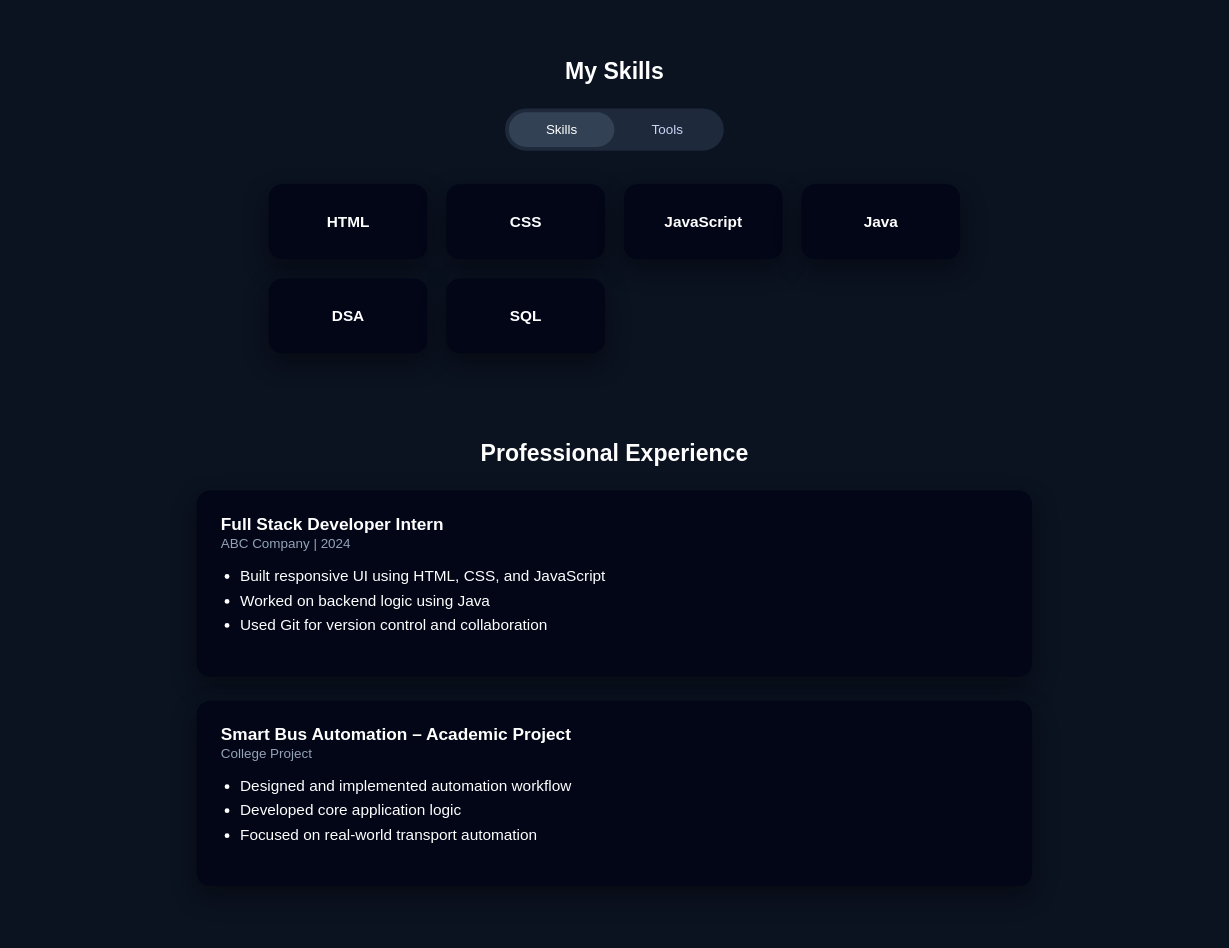
Repository: KrusanthS/PORTFOLIO-
Page: rough2.html
An editor plug-in stored every save of this project. The page is shown before and after the next save, followed by the edit.
The browser window is 1280 px wide. The pictures show the whole page, at 96% of full size.

Above is the page before, as saved 2026-02-04 23:49:43.

### rough2.html
<!DOCTYPE html>
<html lang="en">
<head>
  <meta charset="UTF-8">
  <title>Skills & Experience</title>

  <style>
    body {
      font-family: Arial, sans-serif;
      background: #0b1220;
      color: #ffffff;
      margin: 0;
      padding: 40px;
    }

    h2 {
      text-align: center;
      margin-bottom: 25px;
    }

    /* Toggle */
    .toggle {
      display: flex;
      justify-content: center;
      background: #1e293b;
      border-radius: 30px;
      width: 220px;
      margin: 0 auto 35px;
      padding: 4px;
    }

    .toggle button {
      flex: 1;
      padding: 10px;
      border: none;
      background: transparent;
      color: #cbd5f5;
      cursor: pointer;
      border-radius: 30px;
      font-size: 14px;
    }

    .toggle .active {
      background: #334155;
      color: #fff;
    }

    /* Grid */
    .grid {
      display: grid;
      grid-template-columns: repeat(auto-fit, minmax(130px, 1fr));
      gap: 20px;
      max-width: 720px;
      margin: auto;
    }

    .card {
      background: #020617;
      padding: 30px 20px;
      text-align: center;
      border-radius: 14px;
      font-weight: bold;
      box-shadow: 0 10px 25px rgba(0,0,0,0.4);
      transition: all 0.3s ease;
    }

    .card:hover {
      transform: translateY(-6px);
      background: #020617;
      box-shadow: 0 15px 35px rgba(99,102,241,0.4);
    }

    .hidden {
      display: none;
    }

    /* Experience Section */
    .experience-section {
      margin-top: 90px;
    }

    .experience-card {
      background: #020617;
      padding: 25px;
      border-radius: 14px;
      margin-bottom: 25px;
      max-width: 820px;
      margin-left: auto;
      margin-right: auto;
      box-shadow: 0 10px 25px rgba(0,0,0,0.4);
    }

    .experience-card h3 {
      margin: 0;
      font-size: 18px;
    }

    .experience-card span {
      font-size: 14px;
      color: #94a3b8;
    }

    .experience-card ul {
      margin-top: 12px;
      padding-left: 20px;
      line-height: 1.6;
    }
  </style>
</head>

<body>

  <!-- Skills Section -->
  <section>
    <h2>My Skills</h2>

    <div class="toggle">
      <button class="active" onclick="showSkills()">Skills</button>
      <button onclick="showTools()">Tools</button>
    </div>

    <!-- Skills -->
    <div id="skills" class="grid">
      <div class="card">HTML</div>
      <div class="card">CSS</div>
      <div class="card">JavaScript</div>
      <div class="card">Java</div>
      <div class="card">DSA</div>
      <div class="card">SQL</div>
    </div>

    <!-- Tools -->
    <div id="tools" class="grid hidden">
      <div class="card">VS Code</div>
      <div class="card">Git</div>
      <div class="card">Canva</div>
      <div class="card">Figma</div>
      <div class="card">Docker</div>
      <div class="card">Photoshop</div>
    </div>
  </section>

  <!-- Experience Section -->
  <section class="experience-section">
    <h2>Professional Experience</h2>

    <div class="experience-card">
      <h3>Full Stack Developer Intern</h3>
      <span>ABC Company | 2024</span>
      <ul>
        <li>Built responsive UI using HTML, CSS, and JavaScript</li>
        <li>Worked on backend logic using Java</li>
        <li>Used Git for version control and collaboration</li>
      </ul>
    </div>

    <div class="experience-card">
      <h3>Smart Bus Automation – Academic Project</h3>
      <span>College Project</span>
      <ul>
        <li>Designed and implemented automation workflow</li>
        <li>Developed core application logic</li>
        <li>Focused on real-world transport automation</li>
      </ul>
    </div>
  </section>

  <!-- JavaScript -->
  <script>
    function showSkills() {
      document.getElementById("skills").classList.remove("hidden");
      document.getElementById("tools").classList.add("hidden");

      document.querySelectorAll(".toggle button")[0].classList.add("active");
      document.querySelectorAll(".toggle button")[1].classList.remove("active");
    }

    function showTools() {
      document.getElementById("tools").classList.remove("hidden");
      document.getElementById("skills").classList.add("hidden");

      document.querySelectorAll(".toggle button")[1].classList.add("active");
      document.querySelectorAll(".toggle button")[0].classList.remove("active");
    }
  </script>

</body>
</html>

After the next save:
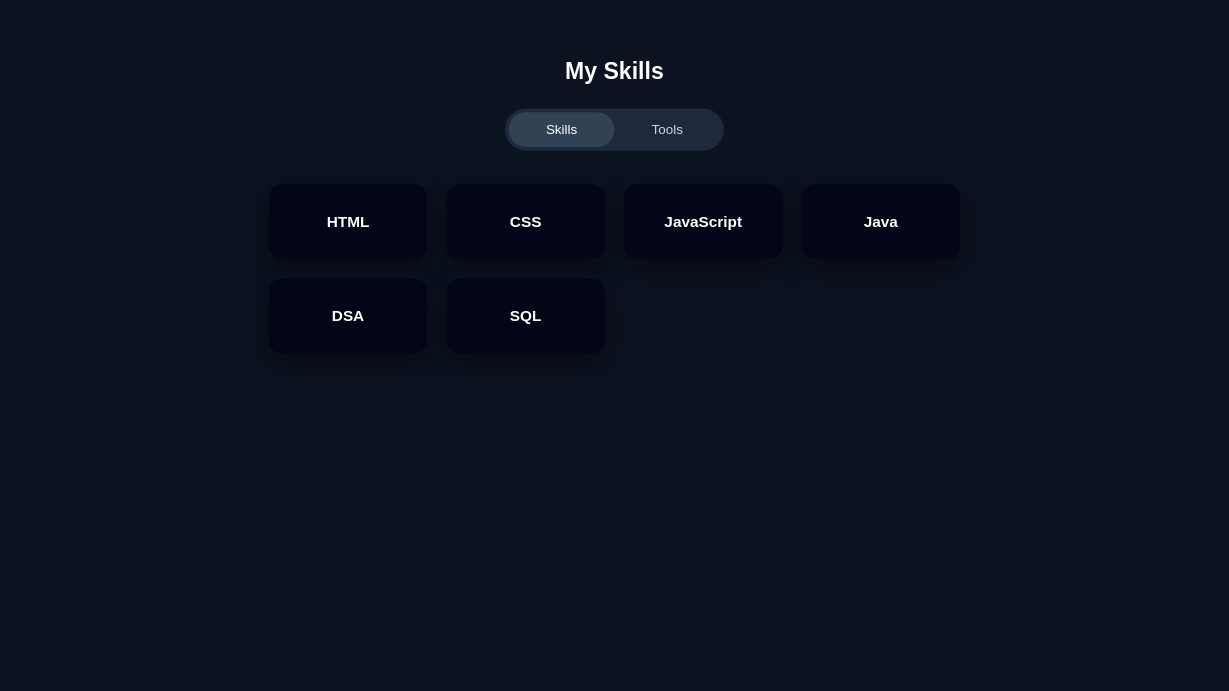
Saved 90 s later.
--- a/rough2.html
+++ b/rough2.html
@@ -140,30 +140,7 @@
     </div>
   </section>
 
-  <!-- Experience Section -->
-  <section class="experience-section">
-    <h2>Professional Experience</h2>
 
-    <div class="experience-card">
-      <h3>Full Stack Developer Intern</h3>
-      <span>ABC Company | 2024</span>
-      <ul>
-        <li>Built responsive UI using HTML, CSS, and JavaScript</li>
-        <li>Worked on backend logic using Java</li>
-        <li>Used Git for version control and collaboration</li>
-      </ul>
-    </div>
-
-    <div class="experience-card">
-      <h3>Smart Bus Automation – Academic Project</h3>
-      <span>College Project</span>
-      <ul>
-        <li>Designed and implemented automation workflow</li>
-        <li>Developed core application logic</li>
-        <li>Focused on real-world transport automation</li>
-      </ul>
-    </div>
-  </section>
 
   <!-- JavaScript -->
   <script>
